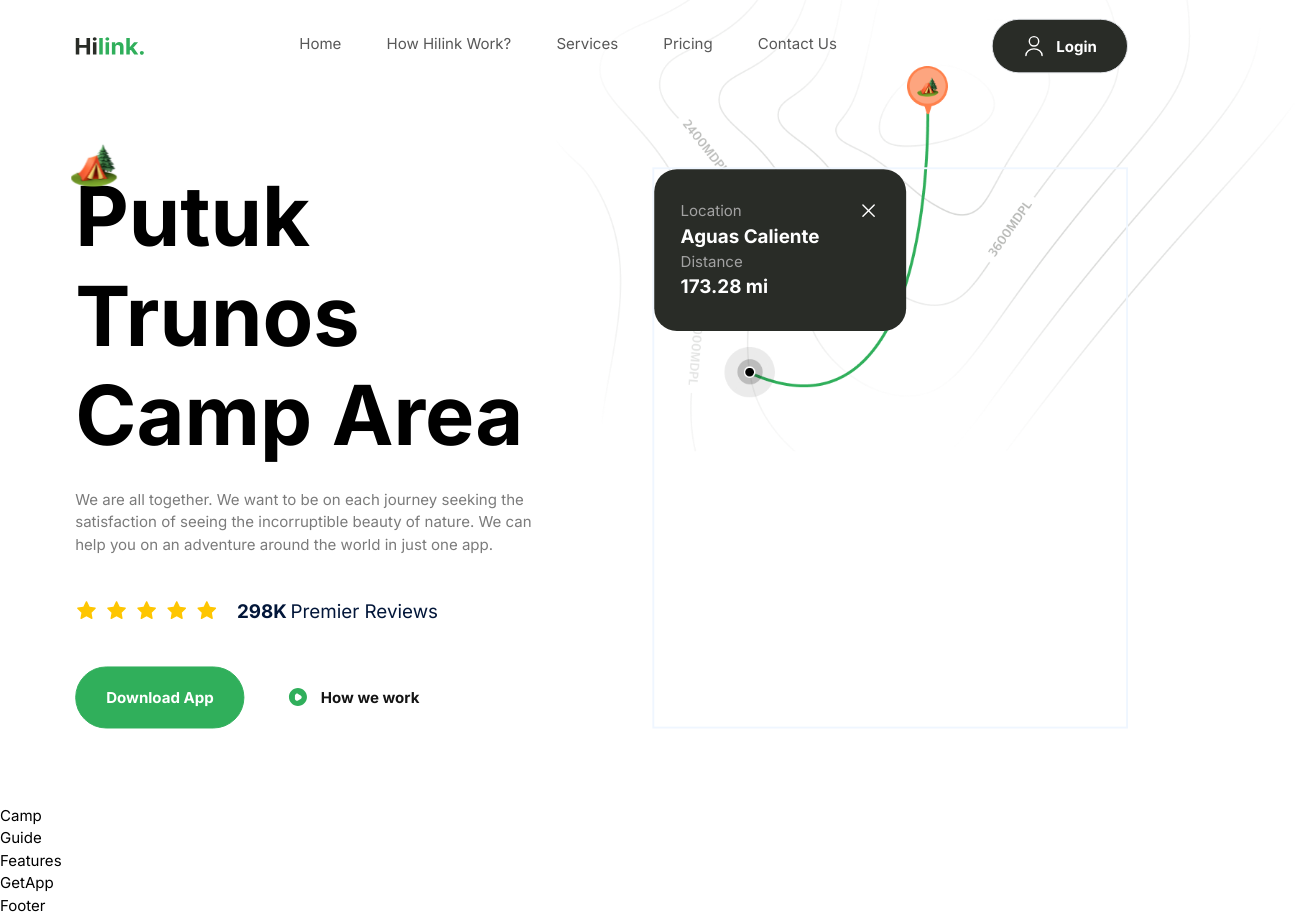
Repository: SouthpawC0der/Modern-reactsite
Page: /
An editor plug-in stored every save of this project. The page is shown before and after the next save, followed by the edit.
The browser window is 1280 px wide. The page is 1392 px wide, so the pictures cover 1392 px, including what lies to the right of the window. The pictures show the whole page, at 94% of full size.
The project was rebuilt for these pictures with package versions that can differ from the ones it lists, and the page was loaded fresh each time. The framework's server and built-in components were replaced by stand-ins that run in the browser. Also part of the build but not shown: next.config.ts.

Above is the page before, as saved 2025-01-30 11:59:22.

### app/layout.tsx
import type { Metadata } from "next";
import "./globals.css";
import Navbar from "@/components/Navbar";
import Footer from "@/components/Footer";

export default function RootLayout({
  children,
}: Readonly<{
  children: React.ReactNode;
}>) {
  return (
    <html lang="en">
      <body>
        <Navbar />
        <main className="relative-overflow-hidden">
        {children}
        </main>
        <Footer />
      </body>
    </html>
  );
}

### app/page.tsx
import Camp from "@/components/Camp";
import Features from "@/components/Features";
import GetApp from "@/components/GetApp";
import Guide from "@/components/Guide";
import Hero from "@/components/Hero";


export default function Home() {
  return (
    <>
    <Hero />
    <Camp />
    <Guide />
    <Features />
    <GetApp />
    </>
  );
}

### app/globals.css

@import url('https://fonts.googleapis.com/css2?family=Inter:wght@400;500;600;700;800&display=swap');

@tailwind base;
@tailwind components;
@tailwind utilities;

* {
  margin: 0;
  padding: 0;
  box-sizing: border-box;
}

body {
  font-family: Inter;
}

@layer utilities {
  .btn_white {
    @apply  border-white bg-white px-8 py-3 text-green-50
  }
  .btn_white_text  {
    @apply  border-white bg-white px-8 py-3 text-gray-90
  }
  .btn_green  {
    @apply  border-green-50 bg-green-50 px-8 py-5 text-white
  }
  .btn_dark_green {
    @apply  bg-green-90 px-8 py-4 text-white transition-all hover:bg-black
  }
  .btn_dark_green_outline  {
    @apply border-gray-20 bg-green-90 px-8 py-5 text-white
  }

  .max-container {
    @apply mx-auto max-w-[1440px];
  }

  .padding-container {
    @apply px-6 lg:px-20 3xl:px-0;
  }

  .flexCenter {
    @apply flex items-center justify-center;
  }

  .flexBetween {
    @apply flex items-center justify-between;
  }

  .flexStart {
    @apply flex items-center justify-start;
  }

  .flexEnd {
    @apply flex items-center justify-end;
  }

  /* FONTS */
  .regular-64 {
    @apply text-[64px] font-[400] leading-[120%];
  }

  .regular-40 {
    @apply text-[40px] font-[400] leading-[120%];
  }

  .regular-32 {
    @apply text-[32px] font-[400];
  }

  .regular-24 {
    @apply text-[24px] font-[400];
  }

  .regular-20 {
    @apply text-[20px] font-[400];
  }

  .regular-18 {
    @apply text-[18px] font-[400];
  }

  .regular-16 {
    @apply text-[16px] font-[400];
  }

  .regular-14 {
    @apply text-[14px] font-[400];
  }

  .medium-14 {
    @apply text-[14px] font-[600];
  }

  .bold-88 {
    @apply text-[88px] font-[700] leading-[120%];
  }

  .bold-64 {
    @apply text-[64px] font-[700] leading-[120%];
  }

  .bold-52 {
    @apply text-[52px] font-[700] leading-[120%];
  }

  .bold-40 {
    @apply text-[40px] font-[700] leading-[120%];
  }

  .bold-32 {
    @apply text-[32px] font-[700] leading-[120%];
  }

  .bold-20 {
    @apply text-[20px] font-[700];
  }

  .bold-18 {
    @apply text-[18px] font-[700];
  }

  .bold-16 {
    @apply text-[16px] font-[700];
  }

  /* Hero */
  .hero-map {
    @apply absolute right-0 top-0 h-screen w-screen bg-pattern-2 bg-cover bg-center md:-right-28 xl:-top-60;
  }

  /* Camp */
  .camp-quote {
    @apply absolute -right-6 bottom-4 w-[140px] lg:bottom-10 xl:-right-8 xl:w-[186px] 3xl:right-0;
  }

  /* Feature */
  .feature-phone {
    @apply absolute top-[13%] z-10 hidden max-w-[1500px] rotate-[15deg] md:-left-16 lg:flex  3xl:left-20;
  }

  /* Get App */
  .get-app {
    @apply max-container relative flex w-full  flex-col justify-between gap-32 overflow-hidden bg-green-90 bg-pattern bg-cover bg-center bg-no-repeat px-6 py-12 text-white sm:flex-row sm:gap-12 sm:py-24 lg:px-20 xl:max-h-[598px] 2xl:rounded-5xl;
  }
}

/* Hide scrollbar for Chrome, Safari and Opera */
.hide-scrollbar::-webkit-scrollbar {
  display: none;
}

/* Hide scrollbar for IE, Edge and Firefox */
.hide-scrollbar {
  -ms-overflow-style: none; /* IE and Edge */
  scrollbar-width: none; /* Firefox */
}

### components/Navbar.tsx
import { NAV_LINKS } from '@/constants'
import Image from 'next/image'
import Link from 'next/link'
import React from 'react'
import Button from './Button'

const Navbar = () => {
  return (
    <nav className='flexBetween max-container padding-container relative z-30 py-5'>
        <Link href="/">
          <Image src="/hilink-logo.svg" alt='logo' width={74} height={29} />
        </Link>

          <ul className='hidden h-full gap-12 lg:flex'>
             {NAV_LINKS.map((link) => (
                <Link href={link.href} key={link.key}
                className='regular-16 text-gray-50 flexCenter cursor-pointer pb-1.5 transition-all hover:font-bold'
                >
                    {link.label}
                </Link>
             ))}
          </ul>

          <div className='lg:flexCenter hidden'>
            <Button
            type='button'
            title='Login'
            icon='/user.svg'
            variant='btn_dark_green'
            />
          </div>

          <Image
          src='menu.svg'
          alt='menu'
          width={32}
          height={32}
          className='inline-block cursor-pointer lg:hidden'
          />
    </nav>
  )
}


export default Navbar

### components/Hero.tsx
import Image from 'next/image'
import React from 'react'
import Button from './Button'

const Hero = () => {
  return (
    <section className='max-container padding-container flex flex-col gap-20 py-10 pb-32 md:gap-28
     lg:py-20 xl:flex-row '>
        <div className='hero-map' />

        <div className='relative z-10 flex flex-1 flex-col xl:w-1/2'>
            <Image
            src='/camp.svg'
            alt='camp'
            width={50}
            height={50}
            className='absolute left-[-5px] top-[-30px] w-10 lg:w-[50px]'
             />
             <h1 className='bold-32 lg:bold-88'>Putuk Trunos Camp Area</h1>
             <p className='regular-16 mt-6 text-gray-30 xl:max-[520px]'>
                We are all together. We want to be on each journey seeking the
                satisfaction of seeing the incorruptible beauty of nature. We can
                help you on an adventure around the world in just one app.
             </p>

             <div className='my-11 flex flex-wrap gap-5'>
                <div className='flex items-center gap-2'>
                    {Array(5).fill(1).map((_, index) => (
                        <Image
                        src='/star.svg'
                        key={index}
                        alt='star'
                        width={24}
                        height={24}
                        />
                    ))}
                </div>
                <p className='bold-16 lg:bold-20 text-blue-70'>
                    298K
                    <span className='regular-16 lg:regular-20 ml-1'>Premier Reviews</span>
                </p>
             </div>
             <div className='flex flex-col w-full gap-3 sm:flex-row'>
                    <Button
                    type='button'
                    title='Download App'
                    variant='btn_green'
                    />
                    <Button
                    type='button'
                    title='How we work'
                    icon='/play.svg'
                    variant='btn_white_text'
                    />
             </div>
        </div>

        <div className='relative flex flex-1 items-start border-2 border-blue-50'>
           <div className='relative z-20 w-[268px] flex-col gap-8 rounded-3xl bg-green-90 px-7 py-8'>
            <div className='flex flex-col'>
                <div className='flexBetween'>
                    <p className='regular-16 text-gray-20'>Location</p>
                        <Image
                          src='/close.svg'
                          alt='close'
                          width={24}
                          height={24}
                        />
                </div>

                <p className='bold-20 text-white'>Aguas Caliente</p>
                </div>
                <div className='flexBetween'>
                    <div className='flex flex-col'>
                        <p className='regular-16 block text-gray-20'>Distance</p>
                        <p className='bold-20 text-white'>173.28 mi</p>
                    </div>
                </div>
            </div>
        </div>
    </section>
  )
}

export default Hero

### components/Button.tsx
import Image from 'next/image';
import React from 'react'

type ButtonProps = {
    type: 'button' | 'submit';
    title: string;
    icon?: string,
    variant: string
}

const Button = ( {type, title, icon, variant }: ButtonProps) => {
  return (
    <button
    className={`flexCenter gap-3 rounded-full border ${variant}`}
    type={type}

    >
        {icon && <Image src={icon} alt={title} width={24} height={24} />}
        <label className='bold-16 whitespace-nowrap'>{title}</label>
    </button>
  )
}

export default Button

Loaded but not shown: components/Footer.tsx (common file); components/Camp.tsx (common file); components/Features.tsx (common file); components/GetApp.tsx (common file); components/Guide.tsx (common file); constants/index.ts (common file); tailwind.config.ts (common file)

After the next save:
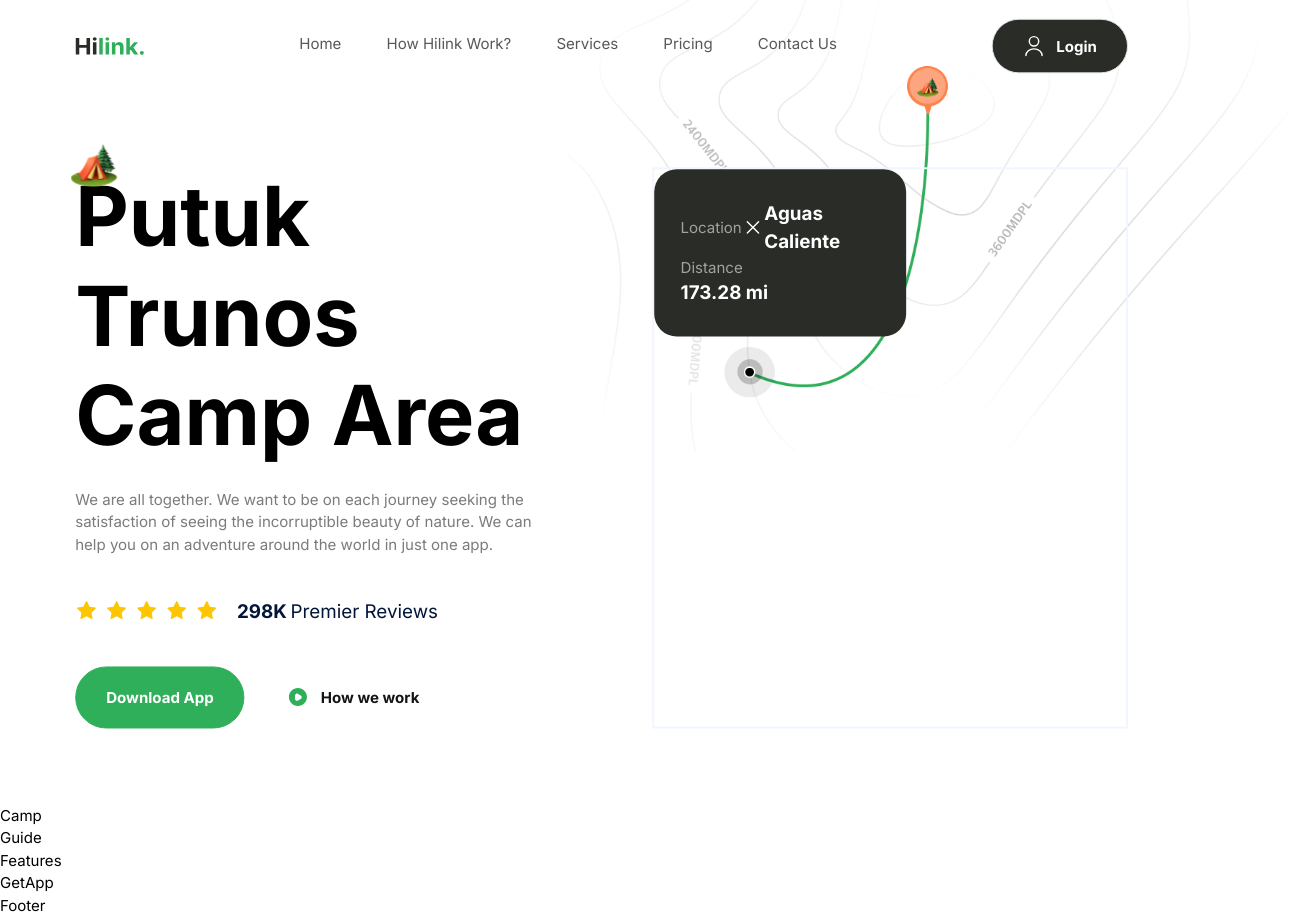
Saved 72 s later.
--- a/components/Hero.tsx
+++ b/components/Hero.tsx
@@ -66,9 +66,9 @@ const Hero = () => {
                           width={24}
                           height={24}
                         />
+                <p className='bold-20 text-white'>Aguas Caliente</p>
                 </div>
 
-                <p className='bold-20 text-white'>Aguas Caliente</p>
                 </div>
                 <div className='flexBetween'>
                     <div className='flex flex-col'>
